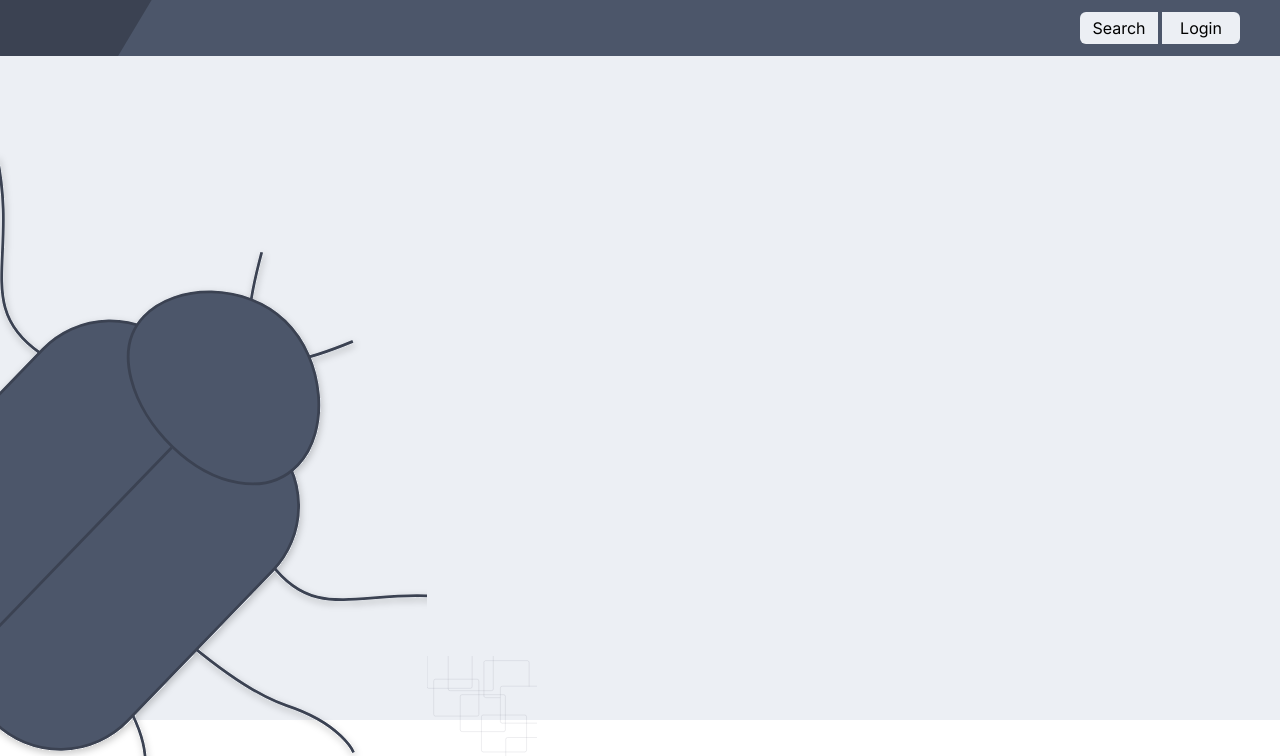
Repository: Qu4ntumGuy/project-bug
Page: /
The author's editor kept a copy of each file at every save. The page is drawn from the files as they stood at one save, then again after the next save.
The browser window is 1280 px wide. The pictures show the whole page.
The project was rebuilt for these pictures with package versions that can differ from the ones it lists, and the page was loaded fresh each time. The framework's server and built-in components were replaced by stand-ins that run in the browser. Also part of the build but not shown: next.config.mjs.

Above is the page before, as saved 2024-02-11 23:03:55.

After the next save:
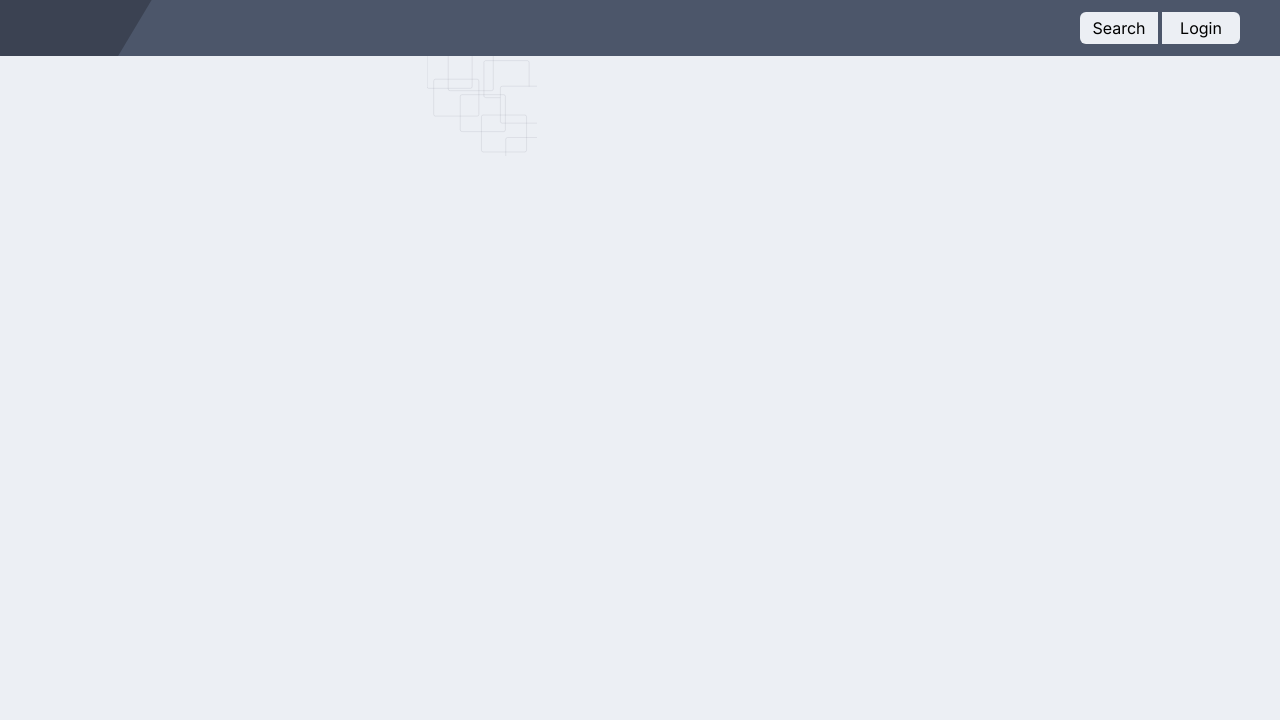
Saved 18 s later.
--- a/src/app/page.js
+++ b/src/app/page.js
@@ -16,7 +16,7 @@ export default function Home() {
             backgroundSize: "cover",
             backgroundPosition: "center",
             width: "50%",
-            height: "700px",
+            height: "50%",
           }}
         >
           {/* Your content goes here */}
